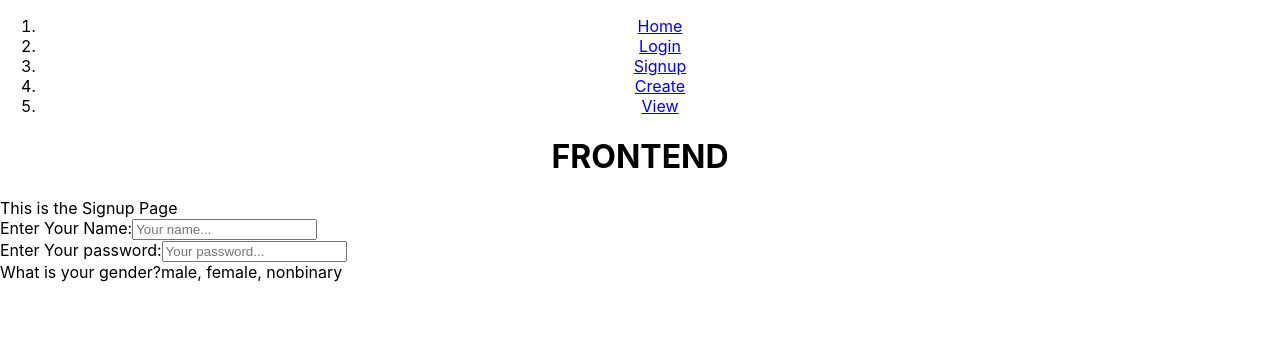
Repository: MikeTroianello/SuPro
Page: /signup (app in frontend/)
The author's editor kept a copy of each file at every save. The page is drawn from the files as they stood at one save, then again after the next save.
The browser window is 1280 px wide. The pictures show the whole page.
The project was rebuilt for these pictures with package versions that can differ from the ones it lists, and the page was loaded fresh each time. A package was used in the major version that the imports need, not the one package.json lists. Also part of the build but not shown: frontend/src/components/Home.js, frontend/src/components/Login.js, frontend/src/components/Create.js, frontend/src/components/View.js.

Above is the page before, as saved 2019-10-04 14:16:27.

### frontend/src/App.js
import React from 'react';
import { BrowserRouter as Router, Route, Switch, Link } from 'react-router-dom';

import Home from './components/Home';
import Login from './components/Login';
import Signup from './components/Signup';
import Create from './components/Create';
import View from './components/View';
import Navbar from './components/Navbar';

import './App.css';

class App extends React.Component {
  render() {
    return (
      <Router>
        <div className='App'>
          <Navbar />
          <h1>FRONTEND</h1>
        </div>
        <Switch>
          <Route exact path='/' component={Home} />
          <Route exact path='/signup' component={Signup} />
          <Route exact path='/login' component={Login} />
          <Route exact path='/create' component={Create} />
          <Route exact path='/view' component={View} />
        </Switch>
      </Router>
    );
  }
}

export default App;

### frontend/src/components/Signup.js
import React, { Component } from 'react';

export default class Signup extends Component {
  render() {
    return (
      <div>
        This is the Signup Page
        <form onSubmit={this.handleSubmit}>
          <div className='form-piece'>
            <label for='name'>Enter Your Name:</label>
            <input name='name' placeholder='Your name...' />
          </div>
          <div className='form-piece'>
            <label for='password'>Enter Your password:</label>
            <input name='password' placeholder='Your password...' />
          </div>
          <div className='form-piece'>
            <label for='gender'>What is your gender?</label>
            <list>male, female, nonbinary</list>
          </div>
        </form>
      </div>
    );
  }
}

### frontend/src/components/Navbar.js
import React from 'react';
import { Link } from 'react-router-dom';

export default function Navbar() {
  return (
    <div>
      <ol>
        <li>
          <Link to='/'>Home</Link>
        </li>
        <li>
          <Link to='/login'>Login</Link>
        </li>
        <li>
          <Link to='/signup'>Signup</Link>
        </li>
        <li>
          <Link to='/create'>Create</Link>
        </li>
        <li>
          <Link to='/view'>View</Link>
        </li>
      </ol>
    </div>
  );
}

Loaded but not shown: frontend/public/index.html (common file); frontend/src/index.js (common file); frontend/src/index.css (common file); frontend/src/serviceWorker.js (common file); frontend/src/App.css (common file)

After the next save:
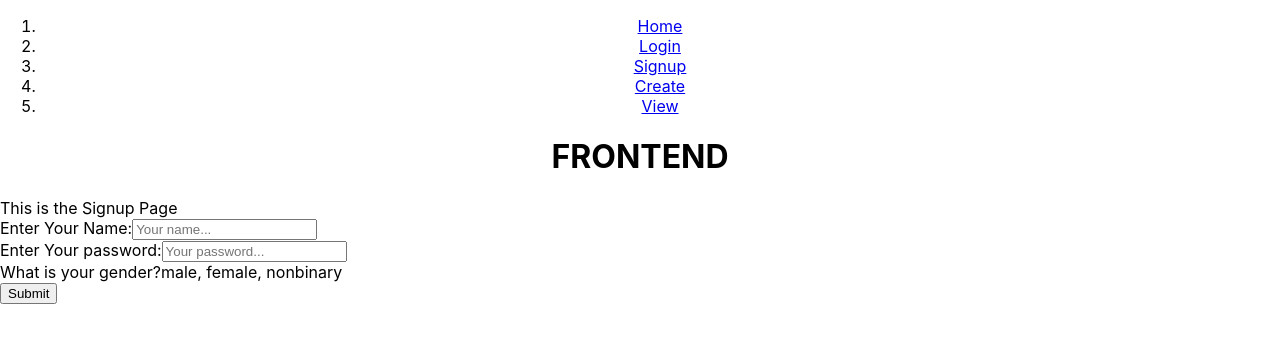
Saved 25 s later.
--- a/frontend/src/components/Signup.js
+++ b/frontend/src/components/Signup.js
@@ -18,6 +18,7 @@ export default class Signup extends Component {
             <label for='gender'>What is your gender?</label>
             <list>male, female, nonbinary</list>
           </div>
+          <button>Submit</button>
         </form>
       </div>
     );
